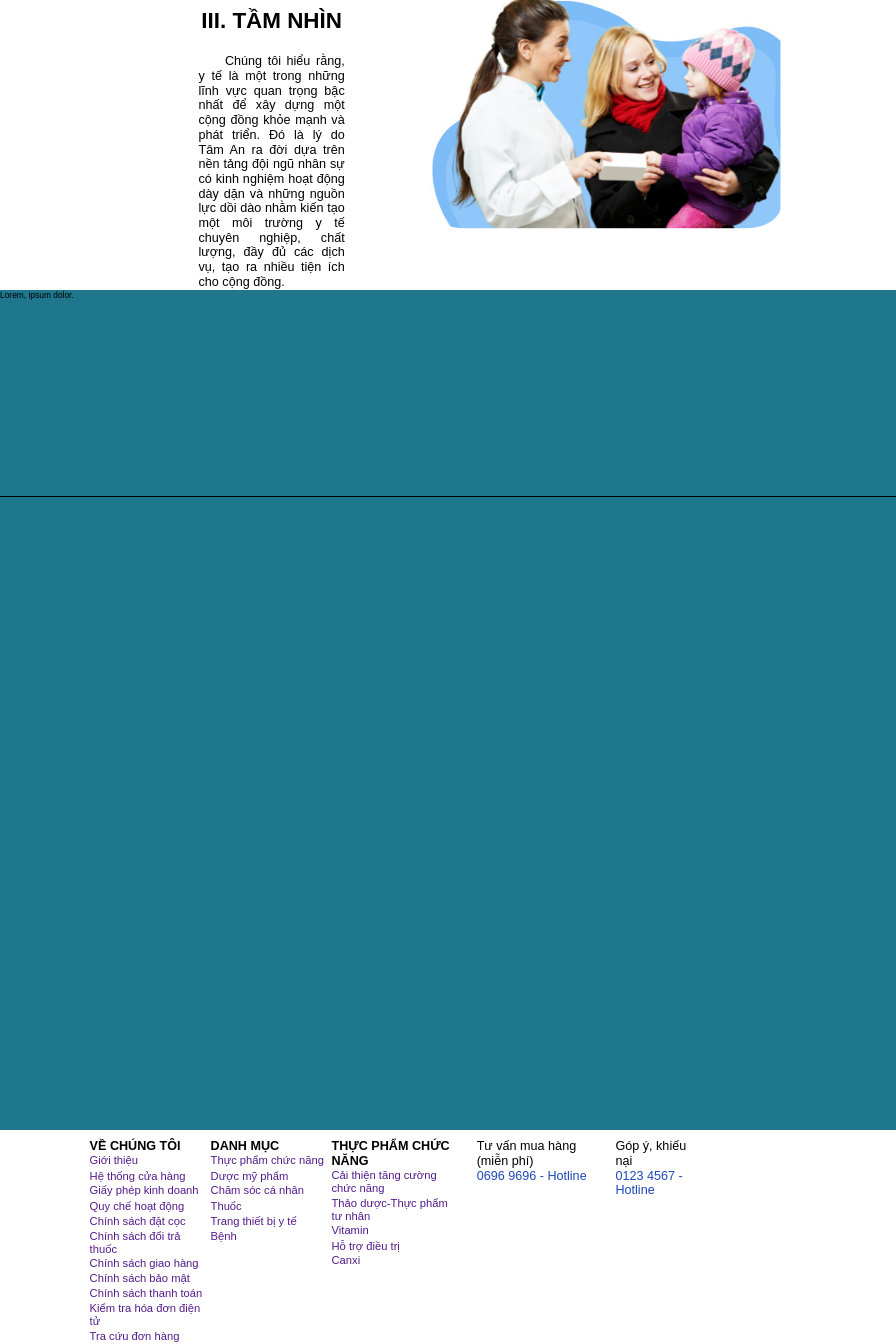
Repository: ViralAIWorks/TamAnPharmacy.github.io
Page: pages/thongtin.html
An editor plug-in stored every save of this project. The page is shown before and after a run of saves, followed by the edit.
The browser window is 1280 px wide. The pictures show the part of the page from y = 2195 to 4115 px (the page is 4115 px tall before and 2987 px after), at 70% of full size.
Some web fonts or font styles are not loaded; a fallback is used.

Above is the page before, as saved 2022-03-14 10:44:02.

### pages/thongtin.html
<!DOCTYPE html>

<html lang="en">

<head>
    <meta charset="utf-8" />
    <meta http-equiv="X-UA-Compatible" content="IE-edge" />
    <meta name="viewport" content="width=devive-width, initial-scale=1.0" />
    <title>Tâm An - About Us</title>
    <link href="images/logo/Tâm An Pharmacy.png" rel="icon" />
    <!--CSS cho icon va framework-->
    <link rel="stylesheet" href="https://cdnjs.cloudflare.com/ajax/libs/font-awesome/5.15.4/css/all.min.css" />
    <!--Custom css-->
    <link href="style/style_cactrang.css" rel="stylesheet" />
    <!--Css cho mobile-->
    <link rel="stylesheet" href="https://unpkg.com/swiper@7/swiper-bundle.min.css" />
</head>

<body>
    <!--Tạo header-->
    <header class="header">
        <a href="/index.html">

            <img src="images/logo/logo2.png" class="logo" width="200" height="200" alt="tamanlogo" />
        </a>
        <!--tao thanh navbar-->
        <nav class="navbar">
            <a href="thuoc.html">THUỐC</a>
            <a href="thietbiyte.html">THIẾT BỊ Y TẾ</a>
            <a href="chamsoccanhan.html">CHĂM SÓC CÁ NHÂN</a>
            <a href="suckhoe.html">SỨC KHỎE</a>
            <a href="thongtin.html">THÔNG TIN</a>
        </nav>
        <!--tao thanh tim kiem, gio hang va nutlogin-->
        <div class="icons">
            <div class="fas fa-search" id="search-btn"></div>
            <div class="fas fa-shopping-cart" id="cart-btn"></div>
            <div class="fas fa-user" id="login-btn"></div>
        </div>

        <!--Tao form tim kiem-->
        <form action="" class="search-form">
            <input type="search" id="search-box" placeholder="Tìm kiếm tại đây..." />
            <label for="search-box" class="fas fa-search"></label>
        </form>
    </header>

    <!-- bodythongtin -->
    <main class="pagethongtin">
        <img src="images/aboutus.jpg" id="aboutus-picture">
        <br>
        <div class="content">
            <!-- Về chúng tôi -->
            <div class="infomation">
                <div class="flex-info">
                    <div>
                        <h3 class="titleSize">I. VỀ CHÚNG TÔI</h3>
                        <p class="align-p"> Được thành lập vào năm 2021, Nhà thuốc Tâm an là một trong những startup dược phẩm triển vọng nhất tại Việt Nam. Đến nay Tâm An sở hữu mang lưới hơn 10 nhà thuốc đạt chuẩn GPP trên toàn quốc, cùng đội ngũ hơn 50 dược sĩ đáng tin
                            cậy, cung cấp các sản phẩm thuốc, chăm sóc cá nhân, thiết bị y hàng đầu với giá thành cạnh tranh nhất.
                            <p class="align-p"> Hiện nay Tâm An đã có hệ thống nhà thuốc rải khắp các quận huyện tại TP.HCM.</p>
                            <p class="align-p"> Tới năm 2030, Tâm An sẽ tiếp tục mở rộng hệ thống lên đến 300 nhà thuốc đạt chuẩn GPP trên khắp cả nước với hơn 1.000 dược sĩ đáng tin cậy, hướng đến mục tiêu trở thành nhà thuốc bán lẻ hiện đại và mang đến trải nghiệm tối
                                ưu cho khách hàng.</p>
                        </p>
                    </div>
                    <left>
                        <img src="images/4NewInfo/2.png" class="img25-position">
                    </left>
                </div>
            </div>
            <br>
            <!-- Sứ mệnh -->
            <div class="destiny">
                <div class="grid-des">
                    <div id="margin-des">
                        <h3 class="titleSize">II. SỨ MỆNH</h3>
                        <p>Nơi để mọi khách hàng thoải mái chia sẻ về những lo lắng trong vấn đề chăm sóc sức khỏe, đồng thời cung cấp đầy đủ các dịch vụ y tế và giải pháp hữu hiệu theo tiêu chuẩn quốc tế là sứ mệnh lớn nhất của Tâm An. Chúng tôi xây dựng
                            một môi trường y tế không chỉ chuyên nghiệp trong tổ chức, chu đáo trong dịch vụ, chính xác trong tư vấn thuốc mà còn là nơi khách hàng được quan tâm hàng đầu và trút bỏ mọi nỗi lo thường trực.</p>
                        <img src="images/4NewInfo/3.png" id="img3-position">
                    </div>
                </div>
            </div>
            <br>
            <!-- Tầm nhìn -->
            <div class="vision">
                <div class="flex-vision">
                    <div>
                        <h3 class="titleSize">III. TẦM NHÌN</h3>
                        <p class="align-p">Chúng tôi hiểu rằng, y tế là một trong những lĩnh vực quan trọng bậc nhất để xây dựng một cộng đồng khỏe mạnh và phát triển. Đó là lý do Tâm An ra đời dựa trên nền tảng đội ngũ nhân sự có kinh nghiệm hoạt động dày dặn và những
                            nguồn lực dồi dào nhằm kiến tạo một môi trường y tế chuyên nghiệp, chất lượng, đầy đủ các dịch vụ, tạo ra nhiều tiện ích cho cộng đồng.</p>
                    </div>
                    <left>
                        <img src="images/4NewInfo/5.png" class="img25-position">
                    </left>
                </div>
            </div>
        </div>
    </main>
</body>
<footer>
    <div class="ft-bar">
        <p>Lorem, ipsum dolor.</p>
    </div>
    <div class="list">
        <div class="footer-menu">
            <h2>VỀ CHÚNG TÔI</h2>
            <div class="ft-list">
                <a href=""> Giới thiệu </a>
                <a href=""> Hệ thống cửa hàng </a>
                <a href=""> Giấy phép kinh doanh </a>
                <a href=""> Quy chế hoạt động </a>
                <a href=""> Chính sách đặt cọc </a>
                <a href=""> Chính sách đổi trả thuốc </a>
                <a href=""> Chính sách giao hàng </a>
                <a href=""> Chính sách bảo mật </a>
                <a href=""> Chính sách thanh toán </a>
                <a href=""> Kiểm tra hóa đơn điện tử </a>
                <a href=""> Tra cứu đơn hàng </a>
            </div>
        </div>
        <div class="footer-menu">
            <h2>DANH MỤC</h2>
            <div class="ft-list">
                <a href=""> Thực phẩm chức năng </a>
                <a href=""> Dược mỹ phẩm </a>
                <a href=""> Chăm sóc cá nhân </a>
                <a href=""> Thuốc </a>
                <a href=""> Trang thiết bị y tế </a>
                <a href=""> Bệnh </a>
            </div>
        </div>
        <div class="footer-menu">
            <h2>THỰC PHẨM CHỨC NĂNG</h2>
            <div class="ft-list">
                <a href="">Cải thiện tăng cường chức năng</a>
                <a href=""> Thảo dược-Thực phẩm tư nhân </a>
                <a href=""> Vitamin </a>
                <a href=""> Hỗ trợ điều trị </a>
                <a href=""> Canxi </a>
            </div>
        </div>
        <div class="footer-contact_width">
            <div class="ft-contact">
                <div>
                    <p class="ft-service">Tư vấn mua hàng (miễn phí)</p>
                    <a href="" class="phone">0696 9696 - Hotline</a>
                </div>
                <div>
                    <p class="ft-service">Góp ý, khiếu nại</p>
                    <a href="" class="phone">0123 4567 - Hotline</a>
                </div>

            </div>
        </div>
    </div>
</footer>

</html>

### pages/style/style_cactrang.css
@import url("https://fonts.googleapis.com/css2?family=Source+Sans+3:ital,wght@0,200;0,300;0,400;0,500;0,600;0,700;0,800;0,900;1,200;1,300;1,400;1,500;1,600;1,700;1,800;1,900&display=swap");
:root {
    --box-shadow: 0 0.5rem 1.5rem rgba(0, 0, 0, 0.1);
    --border: 0.2rem solid rgba(0, 0, 0, 0.1);
    --outline: 0.1rem solid rgba(0, 0, 0, 0.1);
    --outline-hover: 0.2rem solid var(--black);
}


/*css cho nen trang web*/

* {
    font-family: "Source Sans 3", sans-serif;
    padding: 0px;
    margin: 0px;
    box-sizing: border-box;
    outline: none;
    border: none;
    text-decoration: none;
    text-transform: None;
    transition: all 0.2s linear;
}

body {
    margin: 0 auto;
    width: auto;
}


/*html*/

html {
    font-size: 75%;
}


/*css cho header*/

.header {
    display: flex;
    justify-content: space-between;
    align-items: center;
    padding: 0px 5%;
    position: fixed;
    top: 0;
    left: 0;
    right: 0;
    background: white;
    z-index: 1000;
    box-shadow: var(--box-shadow);
    max-height: 100px;
}

.header .logo {
    cursor: pointer;
}

.header .navbar a {
    font-size: 16px;
    font-family: "Source Sans 3", sans-serif;
    color: #004aad;
    font-weight: 500;
    text-decoration: none;
    transition: all 0.3s ease 0s;
    display: inline-block;
    padding: 0px 10px;
}


/*hover: hieu ung khi di chuot toi vi tri*/

.header .navbar a:hover {
    color: aqua;
}

.header .icons div:hover {
    color: white;
}

.header .search-form label:hover {
    color: Highlight;
}

.header .icons div {
    height: 40px;
    width: 40px;
    line-height: 40px;
    border-radius: 5px;
    background: #b6cff9;
    color: var(--black);
    font-size: 20px;
    margin-left: 2px;
    cursor: pointer;
    text-align: center;
}


/*an icon tim kiem lon*/

#search-btn {
    display: none;
}

.header .search-form {
    position: sticky;
    overflow: hidden;
    border-radius: 10px;
    display: flex;
    box-shadow: var(--box-shadow);
    align-items: center;
    width: auto;
    height: 40px;
    border-style: solid;
    border-color: #004aad;
}

.header .search-form.active {
    right: 2rem;
    transition: 0.4s linear;
}

.header .search-form input {
    height: 100%;
    width: 100%;
    background: none;
    text-transform: none;
    font-size: 16px;
    color: var(--black);
    padding: 0px 10px;
}


/* icon kính lúp*/

.header .search-form label {
    font-size: 20px;
    padding-right: 10px;
    color: var(--black);
    cursor: pointer;
}


/*Picture*/

#aboutus-picture {
    position: center;
    width: 100%;
    height: 100%;
    display: block;
    padding-top: 2%;
}


/*Page Thong Tin*/

.pagethongtin {
    margin-top: 100px;
    margin-left: 5%;
    margin-right: 5%;
    font-family: "Source Sans 3", sans-serif;
    font-size: large;
}

main div h3 {
    text-align: center;
}

main div p {
    text-indent: 1cm;
    text-align: justify;
    margin: 1px 10%;
    padding-bottom: 0.5cm;
}

main {
    display: grid;
    grid-template-rows: auto;
}

.titleSize {
    font-size: xx-large;
    margin-bottom: 30px;
}

.flex-info,
.flex-vision {
    display: flex;
}

.content div {
    margin-top: 2%;
    padding: 0 50px;
}

.align-p {
    padding: 0 10%;
}

.grid-des {
    display: grid;
}

#img3-position {
    text-align: center;
}

.img25-position {
    border-radius: 10%;
}

.ft-bar {
    background-color: rgb(30, 119, 141);
    height: 100em;
}

.list {
    display: flex;
    margin-left: 10%;
    margin-top: 1%;
    text-align: left;
}

.footer-menu {
    width: 15%;
}

.footer-contact_width {
    width: 30%;
}

.ft-list {
    display: grid;
    font-size: medium;
}

.ft-list a {
    padding: 1% 0;
}

.ft-contact {
    display: flex;
}

.ft-contact div {
    padding-left: 10%;
    font-size: large;
}

.phone {
    color: #1d48ba;
    display: inline;
}

After the next 2 saves:
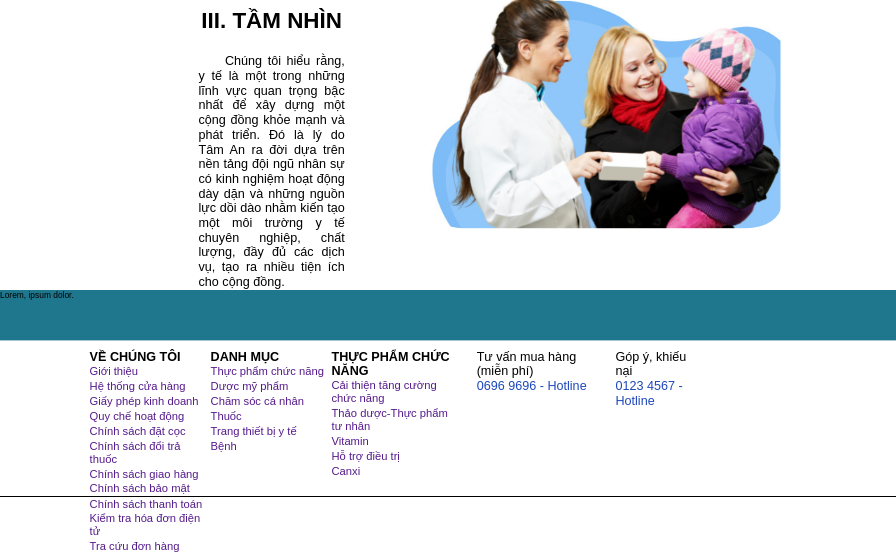
The 2 saves are shown as one change because they came seconds apart.
The last was saved 16 s later.
--- a/pages/style/style_cactrang.css
+++ b/pages/style/style_cactrang.css
@@ -210,7 +210,7 @@ main {
 
 .ft-bar {
     background-color: rgb(30, 119, 141);
-    height: 100em;
+    height: 10vh;
 }
 
 .list {
